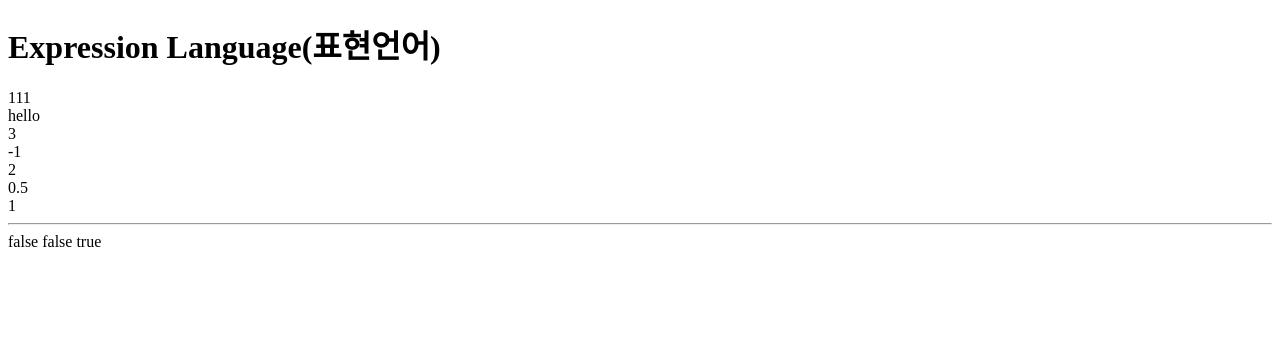
Repository: sanghshlsh/workspace_jsp
Page: http://localhost/Test060202/NewFile.jsp
An editor plug-in stored every save of this project. The page is shown before and after the next save, followed by the edit.
The browser window is 1280 px wide. The pictures show the whole page.
The page is served by Tomcat 9.

Above is the page before, as saved 2020-06-02 06:06:13.

After the next save:
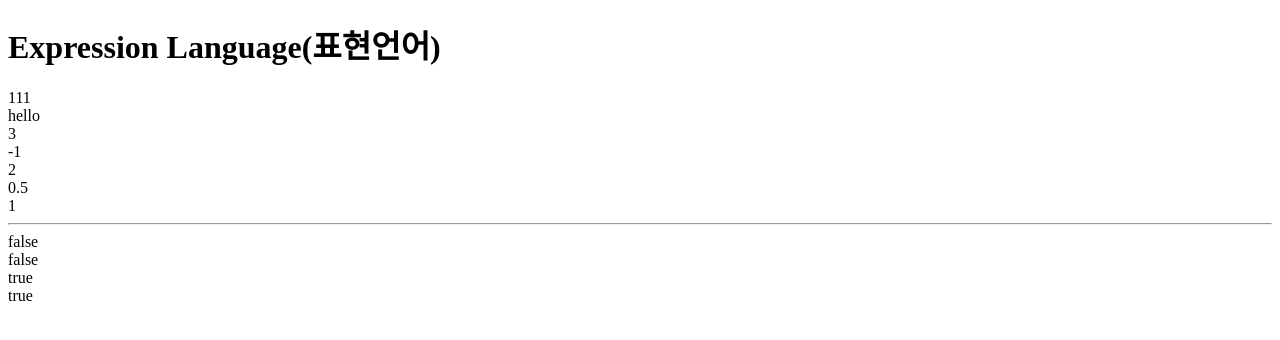
Saved 19 s later.
--- a/Test060202/WebContent/NewFile.jsp
+++ b/Test060202/WebContent/NewFile.jsp
@@ -26,9 +26,11 @@
 	${1/2 }<br>
 	${1%2 }<br>
 	<hr>
-	${1>2 }
-	${1>=2 }
-	${1<2 }
+	${1>2 }<br>
+	${1>=2 }<br>
+	${1<2 }<br>
+	${1<=2 }<br>
+
 
 
 </body>
